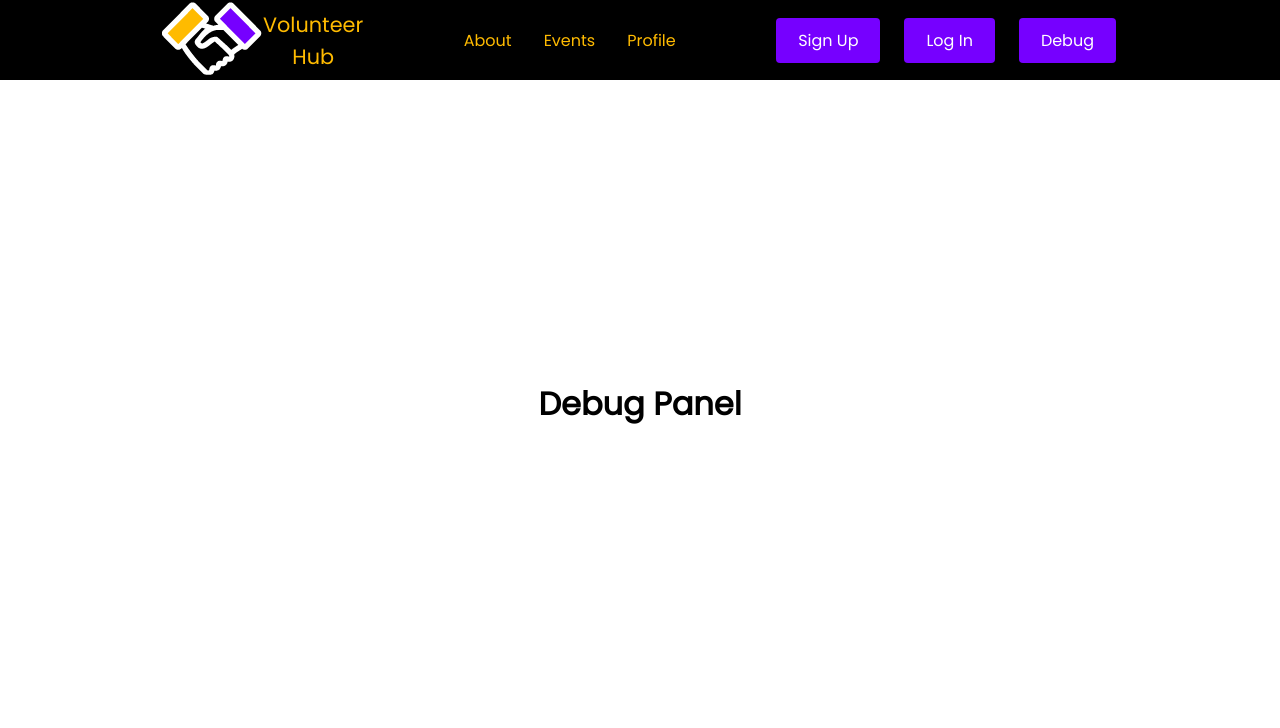
Repository: PetarZecevic97/volunteer-hub
Page: /debug (app in volunteer-hub-frontend/)
An editor plug-in stored every save of this project. The page is shown before and after the next save, followed by the edit.
The browser window is 1280 px wide. The pictures show the whole page.
The project was rebuilt for these pictures with package versions that can differ from the ones it lists, and the page was loaded fresh each time. Also part of the build but not shown: volunteer-hub-frontend/src/components/Profile/styles/ProfileStyles.tsx, volunteer-hub-frontend/src/components/Profile/Organization.tsx, volunteer-hub-frontend/src/components/Profile/Volunteer.tsx, volunteer-hub-frontend/src/pages/Profile.tsx, volunteer-hub-frontend/src/pages/Home.tsx, volunteer-hub-frontend/src/pages/About.tsx, volunteer-hub-frontend/src/pages/RenderForms.tsx, volunteer-hub-frontend/src/pages/Signin.tsx and 2 more.

Above is the page before, as saved 2023-04-17 16:47:19.

### volunteer-hub-frontend/src/index.css
@import url('https://fonts.googleapis.com/css2?family=Poppins:wght@300;400&display=swap');

* {
    box-sizing: border-box;
    margin: 0;
    padding: 0;
}

body {
    font-family: 'Poppins', sans-serif;
}

.container {
    max-width: 500px;
    margin: 30px auto;
    overflow: auto;
    min-height: 300px;
    border: 1px solid steelblue;
    padding: 30px;
    border-radius: 5px;
}

.header {
    display: flex;
    justify-content: space-between;
    align-items: center;
    margin-bottom: 20px;
}

.btn {
    display: inline-block;
    background: #000;
    color: #fff;
    border: none;
    padding: 10px 20px;
    margin: 5px;
    border-radius: 5px;
    cursor: pointer;
    text-decoration: none;
    font-size: 15px;
    font-family: inherit;
}

    .btn:focus {
        outline: none;
    }

    .btn:active {
        transform: scale(0.98);
    }

.btn-block {
    display: block;
    width: 100%;
}

.task {
    background: #f4f4f4;
    margin: 5px;
    padding: 10px 20px;
    cursor: pointer;
}

    .task.reminder {
        border-left: 5px solid green;
    }

    .task h3 {
        display: flex;
        align-items: center;
        justify-content: space-between;
    }

.add-form {
    margin-bottom: 40px;
}

.form-control {
    margin: 20px 0;
}

    .form-control label {
        display: block;
    }

    .form-control input {
        width: 100%;
        height: 40px;
        margin: 5px;
        padding: 3px 7px;
        font-size: 17px;
    }

.form-control-check {
    display: flex;
    align-items: center;
    justify-content: space-between;
}

    .form-control-check label {
        flex: 1;
    }

    .form-control-check input {
        flex: 2;
        height: 20px;
    }

footer {
    margin-top: 30px;
    text-align: center;
}

### volunteer-hub-frontend/src/App.tsx
import { BrowserRouter as Router, Route, Routes } from "react-router-dom";
import React from "react";
import Profile from "./pages/Profile";
import Navbar from "./components/Navbar/Navbar";
import Home from "./pages/Home";
import About from "./pages/About";
import Signin from "./pages/Signin";
import Signup from "./pages/Signup";
import Events from "./pages/Events";
import Volunteer from "./components/Profile/Volunteer";
import Organization from "./components/Profile/Organization";
import DebugPanel from "./pages/DebugPanel";

function App() {
  return (
    <Router>
      <Navbar />
      <Routes>
        <Route path="/" element={<Home />} />
        <Route path="/about" element={<About />} />
        <Route path="/events" element={<Events />} />
        <Route path="/volunteer/:volunteerId" element={<Volunteer />} />
        <Route path="/organization/:organizationId" element={<Organization />} />
        <Route path="/sign-in" element={<Signin />} />
        <Route path="/sign-up" element={<Signup />} />
        <Route path="/profile" element={<Profile />} />
        <Route path="/debug" element={<DebugPanel />} />
      </Routes>
    </Router>
  );
}

export default App;

### volunteer-hub-frontend/src/components/Navbar/Navbar.tsx
import React, { useState, useEffect } from "react";
import {
  Nav,
  NavLink,
  Bars,
  NavMenu,
  NavBtn,
  NavBtnLink,
  Grid,
  TextRow,
} from "./styles/NavbarStyles";
import "./styles/Navbar.css";
import SessionService from "../../utility/Services/SessionService";

const Navbar = () => {
  const [isLoggedIn, setIsLoggedIn] = useState(
    SessionService.checkIsLoggedIn()
  );
  const [isDebug, setIsDebug] = useState( () => {
      if (!process.env.NODE_ENV || process.env.NODE_ENV === 'development') {
        return true;
      } else {
        return false;
      }
    }
  );

  const clearSession = () => {
    SessionService.clearSessionInfo();
    sessionStorage.clear()
    setIsLoggedIn(false);
  };

  useEffect(() => {
    setIsLoggedIn(SessionService.checkIsLoggedIn());

    // Respond to the `storage` event
    const storageEventHandler = (event: any) => {
      if (event.key === "email" || event.key === "username") {
        setIsLoggedIn(event.newValue !== undefined ? true: false);
      }
    };
    // Hook up the event handler
    window.addEventListener("storage", storageEventHandler);
    return () => {
      // Remove the handler when the component unmounts
      window.removeEventListener("storage", storageEventHandler);
    };
  }, []);

  return (
    <>
      <Nav className="navbar">
        <NavLink to="/" className="navbar-logo">
          <img src={require("../../images/logo-small.png")} alt="logo" />
          <Grid>
            <TextRow className="primary">Volunteer</TextRow>
            <TextRow className="secondary">Hub</TextRow>
          </Grid>
        </NavLink>
        <Bars />
        <NavMenu>
          <NavLink className="nav-links" to="/about">
            About
          </NavLink>
          <NavLink className="nav-links" to="/events">
            Events
          </NavLink>
          <NavLink className="nav-links" to="/profile">
            Profile
          </NavLink>
        </NavMenu>
        <NavBtn>
          {!isLoggedIn && <NavBtnLink to="/sign-up">Sign Up</NavBtnLink>}
          {!isLoggedIn && <NavBtnLink to="/sign-in">Log In</NavBtnLink>}
          {isLoggedIn && (
            <NavBtnLink to="/sign-in" onClick={clearSession}>
              Log Out
            </NavBtnLink>
          )}
          {isDebug && <NavBtnLink to="/debug">Debug</NavBtnLink>}
        </NavBtn>
      </Nav>
    </>
  );
};

export default Navbar;

### volunteer-hub-frontend/src/pages/DebugPanel.tsx
import React from 'react';

const DebugPanel = () => {
      return (
            <div
              style={{
                display: 'flex',
                justifyContent: 'center',
                alignItems: 'center',
                height: '90vh'
              }}
            >
              <h1>Debug Panel</h1>
            </div>
          );
};

export default DebugPanel;

### volunteer-hub-frontend/src/components/Navbar/styles/NavbarStyles.tsx
import { FaBars } from "react-icons/fa";
import { NavLink as Link } from "react-router-dom";
import styled from "styled-components";

export const Nav = styled.nav`
  background: #000;
  height: 80px;
  display: flex;
  justify-content: space-between;
  padding: 0.5rem calc((100vw - 1000px) / 2);
  z-index: 10;
  /* Third Nav */
  /* justify-content: flex-start; */
`;

export const NavLink = styled(Link)`
  color: #ffbb00;
  display: flex;
  align-items: center;
  text-decoration: none;
  padding: 1 1rem;
  height: 100%;
  cursor: pointer;
  &.active {
    color: #9233ff;
  }
`;

export const Grid = styled.div`
  color: #ffbb00;
  text-decoration: none;
  margin: 0 auto;
  padding: 0;
  height: 100%;
  cursor: pointer;
  display: grid;
  place-items: center;
  grid-template-areas: "inner-div";
`;

export const TextRow = styled.p`
  color: #ffbb00;
  display: flex;
  cursor: pointer;
  margin: 0 auto;
  padding: 0;
`;

export const Bars = styled(FaBars)`
  display: none;
  color: #ffbb00;
  @media screen and (max-width: 768px) {
    display: block;
    position: absolute;
    top: 0;
    right: 0;
    transform: translate(-100%, 75%);
    font-size: 1.8rem;
    cursor: pointer;
  }
`;

export const NavMenu = styled.div`
  display: flex;
  align-items: center;
  margin-right: -24px;
  /* Second Nav */
  /* margin-right: 24px; */
  /* Third Nav */
  /* width: 100vw;
  white-space: nowrap; */
  @media screen and (max-width: 768px) {
    display: none;
  }
`;

export const NavBtn = styled.nav`
  display: flex;
  align-items: center;
  margin-right: 24px;
  /* Third Nav */
  /* justify-content: flex-end;
  width: 100vw; */
  @media screen and (max-width: 768px) {
    display: none;
  }
`;

export const NavBtnLink = styled(Link)`
  border-radius: 4px;
  background: #7600ff;
  padding: 10px 22px;
  color: #fff;
  border: none;
  cursor: pointer;
  transition: all 0.2s ease-in-out;
  text-decoration: none;
  /* Second Nav */
  margin-left: 24px;
  &:hover {
    transition: all 0.2s ease-in-out;
    background: #ffbb00;
    color: #000000;
  }
`;

### volunteer-hub-frontend/src/components/Navbar/styles/Navbar.css
.navbar {
  background: linear-gradient(90deg, rgb(28, 27, 27) 0%, rgb(26, 23, 23) 100%);
  height: 80px;
  display: flex;
  justify-content: center;
  align-items: center;
  font-size: 1rem;
}

.navbar-logo {
  color: #fff;
  justify-self: start;
  margin-left: 20px;
  cursor: pointer;
  text-decoration: none;
  font-size: 1.3rem;
}

.nav-menu {
  display: grid;
  grid-template-columns: repeat(5, auto);
  grid-gap: 10px;
  list-style: none;
  text-align: center;
  width: 70vw;
  justify-content: end;
  margin-right: 2rem;
}

.nav-links {
  color: white;
  text-decoration: none;
  padding: 0.5rem 1rem;
}

.nav-links:hover {
  background-color: #6931a8;
  border-radius: 14px;
  transition: all 0.2s ease-out;
}

.fa-bars {
  color: #fff;
}

.nav-links-mobile {
  display: none;
}

.menu-icon {
  display: none;
}

### volunteer-hub-frontend/src/utility/Services/SessionService.tsx
const SessionService = {
  setUserInfo: (username: string, email: string) => {
    sessionStorage.setItem("email", email);
    sessionStorage.setItem("username", username);
  },
  getUserInfo: () => {
    const email = sessionStorage.getItem("email");
    const username = sessionStorage.getItem("username");
    return {
      email: email,
      username: username,
    };
  },
  clearSessionInfo: () => {
    sessionStorage.clear();
  },
  checkIsLoggedIn: () => {
    const id = sessionStorage.getItem('id');
    return id !== null && id !== undefined;
  },
};

export default SessionService;

### volunteer-hub-frontend/src/webRequests/webRequestsProvider.ts
import { WebRequest } from "./webRequests";
import { WebRequestsInterface } from "./webRequests-int";
import { WebRequestMock } from "./webRequestsMock";

const webRequest = process.env.REACT_APP_MOCK_BACKEND === "true" ? new WebRequestMock() : new WebRequest()

export const getWebRequest = () : WebRequestsInterface => {
    return webRequest;
}

export default getWebRequest;

### volunteer-hub-frontend/src/components/Login/styles/LoginStyles.tsx
import { FaBars } from "react-icons/fa";
import { NavLink as Link } from "react-router-dom";
import styled from "styled-components";

export const LoginContainer = styled.div`
  display: flex;
  color: #fff;
  align-items: center;
  justify-content: center;
  flex-direction: column;
  gap: 20px;
  height: 100vh;
  background-color: #171616;
`;

export const SignUpBtn = styled.input`
  width:90%;
  display: flex;
  justify-content: center;
  margin-top: 10px;
  cursor: pointer;
  padding: 10px 20px;
  border-radius: 4px;
  background: #ffbb00;
  color: #00000;
  outline: none;
  border: none;
  cursor: pointer;
  transition: all 0.2s ease-in-out;
  text-decoration: none;
  &:hover {
    border : 1px solid #fff;
    transition: all 0.2s ease-in-out;
    background: #7600ff;
    color: #000000;
}
`;

export const LoginInputText = styled.input`
  height: 25px;
  border: 1px solid rgba(0, 0, 0, 0.2);
`;

export const LoginSubmit = styled.input`
  width:90%;
  display: flex;
  justify-content: center;
  margin-top: 10px;
  cursor: pointer;
  padding: 10px 20px;
  border-radius: 4px;
  background: #ffbb00;
  color: #00000;
  outline: none;
  border: none;
  cursor: pointer;
  transition: all 0.2s ease-in-out;
  text-decoration: none;
  &:hover {
    border : 1px solid #fff;
    transition: all 0.2s ease-in-out;
    background: #7600ff;
    color: #000000;
  }
`;

export const ButtonWrapper = styled.div`
  display: flex;
  justify-content: center;
`;

export const LoginForm = styled.div`
  background-color: #7600ff;
  padding: 2rem;
  box-shadow: 0 4px 8px 0 rgba(0, 0, 0, 0.2), 0 6px 20px 0 rgba(0, 0, 0, 0.19);
  border-radius: 10px;
  &:hover {
    background: #7600ff;
  }
`;

export const LoginError = styled.div`
  color: red;
  font-size: 12px;
`;

export const LoginTitle = styled.div`
  font-size: 25px;
  margin-bottom: 20px;
`;

export const LoginInputContainer = styled.div`
  display: flex;
  flex-direction: column;
  gap: 8px;
  margin: 10px;
`;

### volunteer-hub-frontend/src/webRequests/webRequests.ts
import { WebRequestsInterface } from "./webRequests-int";
import http from "../utility/Http";
import jwt from 'jwt-decode'
export class WebRequest implements WebRequestsInterface {
    signUpAsOrganization(organization: any): any {
       return http.post((process.env.REACT_APP_IDENTITY_SERVER_PATH as string) + '/RegisterOrganization', organization);
    }
    signUpAsVolunteer(volunteer: any): any {
       return http.post((process.env.REACT_APP_IDENTITY_SERVER_PATH as string) + '/RegisterVolunteer', volunteer);
    }
    logIn(userName: string, password: string): any {
        const logInfo = {userName, password};
       return http.post((process.env.REACT_APP_IDENTITY_SERVER_PATH as string) + '/Login', logInfo, {headers: {credentials: 'include'}})
                    .then(res => {
                                    const token = res.data.accessToken;
                                    const user : any = jwt(token); // decode your token here
                                    sessionStorage.setItem('token', token);
                                    sessionStorage.setItem('user', JSON.stringify(user));
                                    sessionStorage.setItem('id', user["http://schemas.xmlsoap.org/ws/2005/05/identity/claims/nameidentifier"]);
                                    sessionStorage.setItem('role', user["http://schemas.microsoft.com/ws/2008/06/identity/claims/role"]);
                                    return res;
                                });
    }
    getAllOrganizations() {
        const token = sessionStorage.getItem('token');
        const headers = {Authorization: `Bearer ${token}`}
        return http.get((process.env.REACT_APP_BACKEND_BASE_PATH as string) + '/organization', {headers});
    }
    getOrganizationById(id: string) {
        const token = sessionStorage.getItem('token');
        const headers = {Authorization: `Bearer ${token}`}
        return http.get((process.env.REACT_APP_BACKEND_BASE_PATH as string) + '/organization/' + id, {headers})
                    .then(value => value.data);
    }
    createOrganization(data: any) {
        const token = sessionStorage.getItem('token');
        const headers = {Authorization: `Bearer ${token}`}
        return http.post((process.env.REACT_APP_BACKEND_BASE_PATH as string) + '/organization', data, {headers});
    }
    updateOrganization(data: any, id: string) {
        const token = sessionStorage.getItem('token');
        const headers = {Authorization: `Bearer ${token}`}
        return http.put((process.env.REACT_APP_BACKEND_BASE_PATH as string) + '/organization/' + id, data, {headers});
    }
    deleteOrganization(id: string) {
        const token = sessionStorage.getItem('token');
        const headers = {Authorization: `Bearer ${token}`}
        return http.delete((process.env.REACT_APP_BACKEND_BASE_PATH as string) + '/organization/'+ id,
            { headers });
    }
    getAllVolunteers() {
        const token = sessionStorage.getItem('token');
        const headers = {Authorization: `Bearer ${token}`}
        return http.get((process.env.REACT_APP_BACKEND_BASE_PATH as string) + '/volunteer', {headers});
    }
    getVolunteerById(id: string) {
        const token = sessionStorage.getItem('token');
        const headers = {Authorization: `Bearer ${token}`}
        return http.get((process.env.REACT_APP_BACKEND_BASE_PATH as string) + '/volunteer/' + id, {headers})
                    .then(value => value.data);
    }
    getVolunteerBySkill(skills: any) {
        const data = {data: skills}
        const token = sessionStorage.getItem('token');
        const headers = {Authorization: `Bearer ${token}`}
        // TODO: EDIT SO THAT SKILLS IS A PARAM
        return http.get((process.env.REACT_APP_BACKEND_BASE_PATH as string) + '/volunteers/', {data, headers});
    }
    createVolunteer(data: any) {
        const token = sessionStorage.getItem('token');
        const headers = {Authorization: `Bearer ${token}`}
        return http.post((process.env.REACT_APP_BACKEND_BASE_PATH as string) + '/volunteer', data, {headers});
    }
    updateVolunteer(data: any) {
        const token = sessionStorage.getItem('token');
        const headers = {Authorization: `Bearer ${token}`}
        return http.put((process.env.REACT_APP_BACKEND_BASE_PATH as string) + '/volunteer/', data, {headers});
    }
    deleteVolunteer(id: string) {
        const token = sessionStorage.getItem('token');
        const headers = {Authorization: `Bearer ${token}`}
        return http.delete((process.env.REACT_APP_BACKEND_BASE_PATH as string) + '/volunteer/' + id,  {headers});
    }
}

### volunteer-hub-frontend/src/webRequests/webRequestsMock.ts
import { WebRequestsInterface } from "./webRequests-int";
import axios from 'axios'

export class WebRequestMock implements WebRequestsInterface {

    signUpAsOrganization(organization: any): any {
        return 'OK';
     }
     signUpAsVolunteer(volunteer: any): any {
        return 'OK';
     }
    logIn(userName: string, password: string): any {
        const params: any = {};
        if (userName !== "") {
            params.username = userName;
        }
        if (password !== "") {
            params.password = password;
        }

        const tmp = axios.get((process.env.REACT_APP_MOCK_SERVER_URL as string) + '/users',
            { params }
        );
        return tmp.then(v => v.data.id).catch(e => undefined);
     }
    async getAllOrganizations() {
        return await axios.get((process.env.REACT_APP_MOCK_SERVER_URL as string) + '/organizations');
    }
    getOrganizationById(id: string) {
        return axios.get((process.env.REACT_APP_MOCK_SERVER_URL as string) + '/organizations/' + id);
    }
    createOrganization(data: any) {
        return axios.post((process.env.REACT_APP_MOCK_SERVER_URL as string) + 'organizations', data);
    }
    updateOrganization(data: any) {
        return axios.put((process.env.REACT_APP_MOCK_SERVER_URL as string) + 'organizations/' + data.id, data);
    }
    deleteOrganization(data: any) {
        return axios.get((process.env.REACT_APP_MOCK_SERVER_URL as string) + '/organizations/' + data.id);
    }
    getAllVolunteers() {
        return axios.get((process.env.REACT_APP_MOCK_SERVER_URL as string) + '/volunteers');
    }
    getVolunteerById(id: string) {
        return axios.get((process.env.REACT_APP_MOCK_SERVER_URL as string) + '/volunteers/' + id);
    }
    getVolunteerBySkill(skills: any) {
        return axios.get((process.env.REACT_APP_MOCK_SERVER_URL as string) + '/organizations');
    }
    createVolunteer(data: any) {
        return axios.post((process.env.REACT_APP_MOCK_SERVER_URL as string) + '/organizations', data);
    }
    updateVolunteer(data: any) {
        return axios.put((process.env.REACT_APP_MOCK_SERVER_URL as string) + '/organizations/' + data.id, data);
    }
    deleteVolunteer(id: string) {
        return axios.delete((process.env.REACT_APP_MOCK_SERVER_URL as string) + '/organizations/' + id);
    }
}

### volunteer-hub-frontend/src/utility/Http.jsx
import axios from 'axios'

const http = axios.create({
  baseURL: "http://localhost:4003",
  headers: {
     Accept: "application/json",
     "Content-Type": "application/json"
  }
})
export default http;

Loaded but not shown: volunteer-hub-frontend/public/index.html (common file); volunteer-hub-frontend/src/index.tsx (common file); volunteer-hub-frontend/src/reportWebVitals.ts (common file)

After the next save:
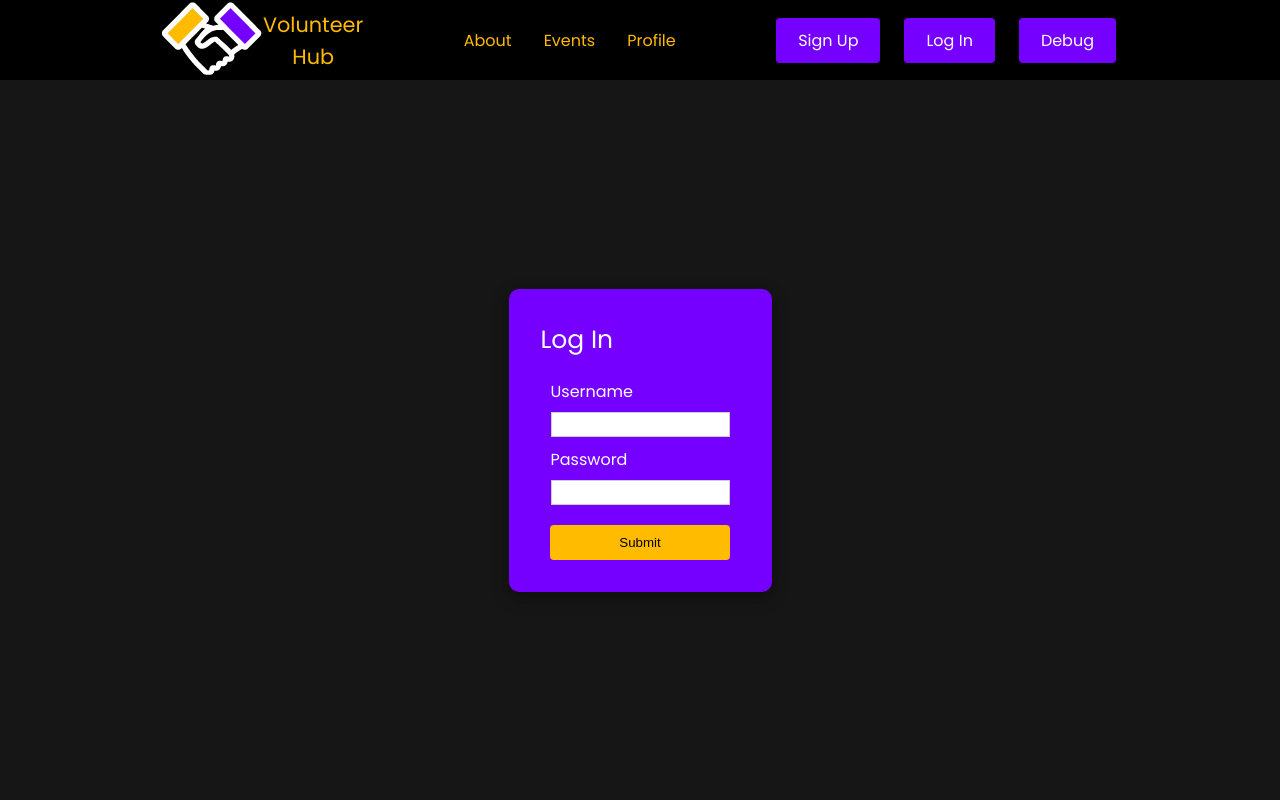
Saved 57 s later.
--- a/volunteer-hub-frontend/src/pages/DebugPanel.tsx
+++ b/volunteer-hub-frontend/src/pages/DebugPanel.tsx
@@ -1,18 +1,102 @@
-import React from 'react';
+import React, { useState } from "react";
+import {
+  LoginInputContainer,
+  LoginTitle,
+  LoginForm,
+  LoginError,
+  LoginSubmit,
+  LoginInputText,
+  LoginContainer,
+  ButtonWrapper,
+} from "../components/Login/styles/LoginStyles";
+import SessionService from "../utility/Services/SessionService";
+import { WebRequestsInterface } from "../webRequests/webRequests-int";
+import getWebRequest from "../webRequests/webRequestsProvider";
+import { useNavigate } from 'react-router-dom';
 
 const DebugPanel = () => {
+  const [errorMessages, setErrorMessages] = useState<IErrorMessages>();
+  const [sessionInfo, setSessionInfo] = useState(SessionService.getUserInfo());
+  const navigate = useNavigate();
+
+  const userService: WebRequestsInterface = getWebRequest();
+
+
+  const handleSubmit = (event: any) => {
+    login(event);
+  };
+
+  const login = async (event: any) => {
+    //Prevent page reload
+    event.preventDefault();
+
+    const pass = event.currentTarget.pass.value;
+    const username = event.currentTarget.username.value;
+
+    // Find user login info
+    await userService.logIn(username, pass);
+    const userStr = sessionStorage.getItem('user');
+    const user = userStr ? JSON.parse(userStr) : undefined;
+    const id = sessionStorage.getItem('id');
+
+    if (user && id) {
+      console.dir(user);
+      const role = sessionStorage.getItem('role');
+      const userData = role === 'Organization' ? await userService.getOrganizationById(id) : await userService.getVolunteerById(id);
+      sessionStorage.setItem('userData', JSON.stringify(userData));
+      SessionService.setUserInfo(user["http://schemas.xmlsoap.org/ws/2005/05/identity/claims/name"],
+                                user["http://schemas.xmlsoap.org/ws/2005/05/identity/claims/emailaddress"]);
+      setSessionInfo(SessionService.getUserInfo());
+
+    } else {
+      // email not found
+      setErrorMessages({ name: "login", message: "Sranje ti login" });
+    }
+  };
+
+  // Generate JSX code for error message
+  const renderErrorMessage = (name: string) => {
+    if (errorMessages) {
       return (
-            <div
-              style={{
-                display: 'flex',
-                justifyContent: 'center',
-                alignItems: 'center',
-                height: '90vh'
-              }}
-            >
-              <h1>Debug Panel</h1>
-            </div>
-          );
+        name === errorMessages.name && (
+          <LoginError>{errorMessages.message}</LoginError>
+        )
+      );
+    }
+  };
+
+  // Generate JSX code for login form
+  const renderForm = (
+    <form onSubmit={handleSubmit}>
+        <LoginInputContainer>
+        <label>Username </label>
+        <LoginInputText name="username" required />
+        {renderErrorMessage("uname")}
+      </LoginInputContainer>
+      <LoginInputContainer>
+        <label>Password </label>
+        <LoginInputText name="pass" required />
+        {renderErrorMessage("pass")}
+      </LoginInputContainer>
+
+      <ButtonWrapper>
+        <LoginSubmit type="submit" value="Submit" />
+      </ButtonWrapper>
+    </form>
+  );
+  if (SessionService.checkIsLoggedIn()) {
+    navigate('/profile', { replace: true });
+    return <></>
+  } else {
+    return (
+      <LoginContainer>
+        <LoginForm>
+          <LoginTitle>Log In</LoginTitle>
+          {renderForm}
+        </LoginForm>
+      </LoginContainer>
+    );
+  }
 };
 
 export default DebugPanel;
